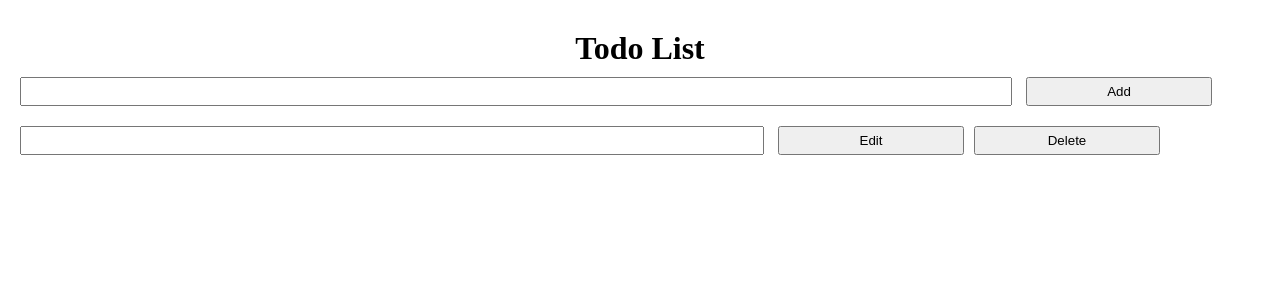
Repository: TENSAEA/----todo
Page: index.html
The author's editor kept a copy of each file at every save. The page is drawn from the files as they stood at one save, then again after the next save.
The browser window is 1280 px wide. The pictures show the whole page.

Above is the page before, as saved 2023-10-11 10:35:13.

After the next save:
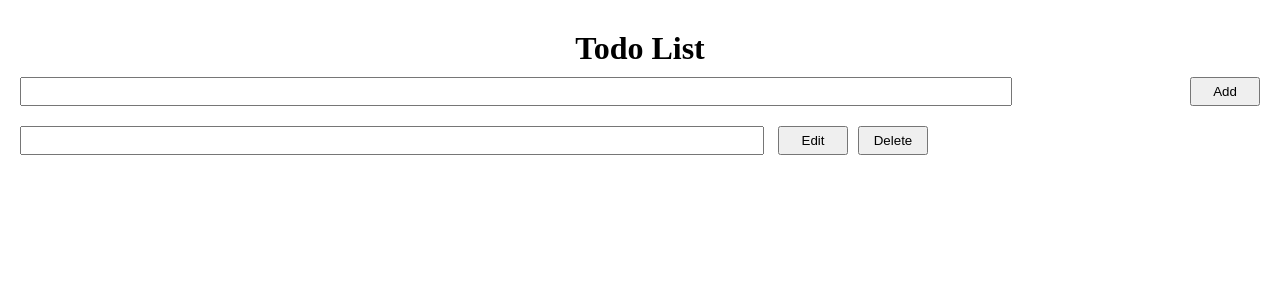
Saved 3 min 7 s later.
--- a/style.css
+++ b/style.css
@@ -21,13 +21,15 @@
 
 #add{
     padding: 5px;
-    width:80%
+    width:80%;
+    float:left;
 }
 .form label button{
     padding:5px;
-    width:15%;
+    width:70px;
     margin-left:10px;
     cursor: pointer;
+    float:right;
 }
 
 .list{
@@ -44,7 +46,7 @@
 }
 button{
     padding:5px;
-    width:15%;
+    width:70px;
     margin-left:10px;
     cursor: pointer;
 }
